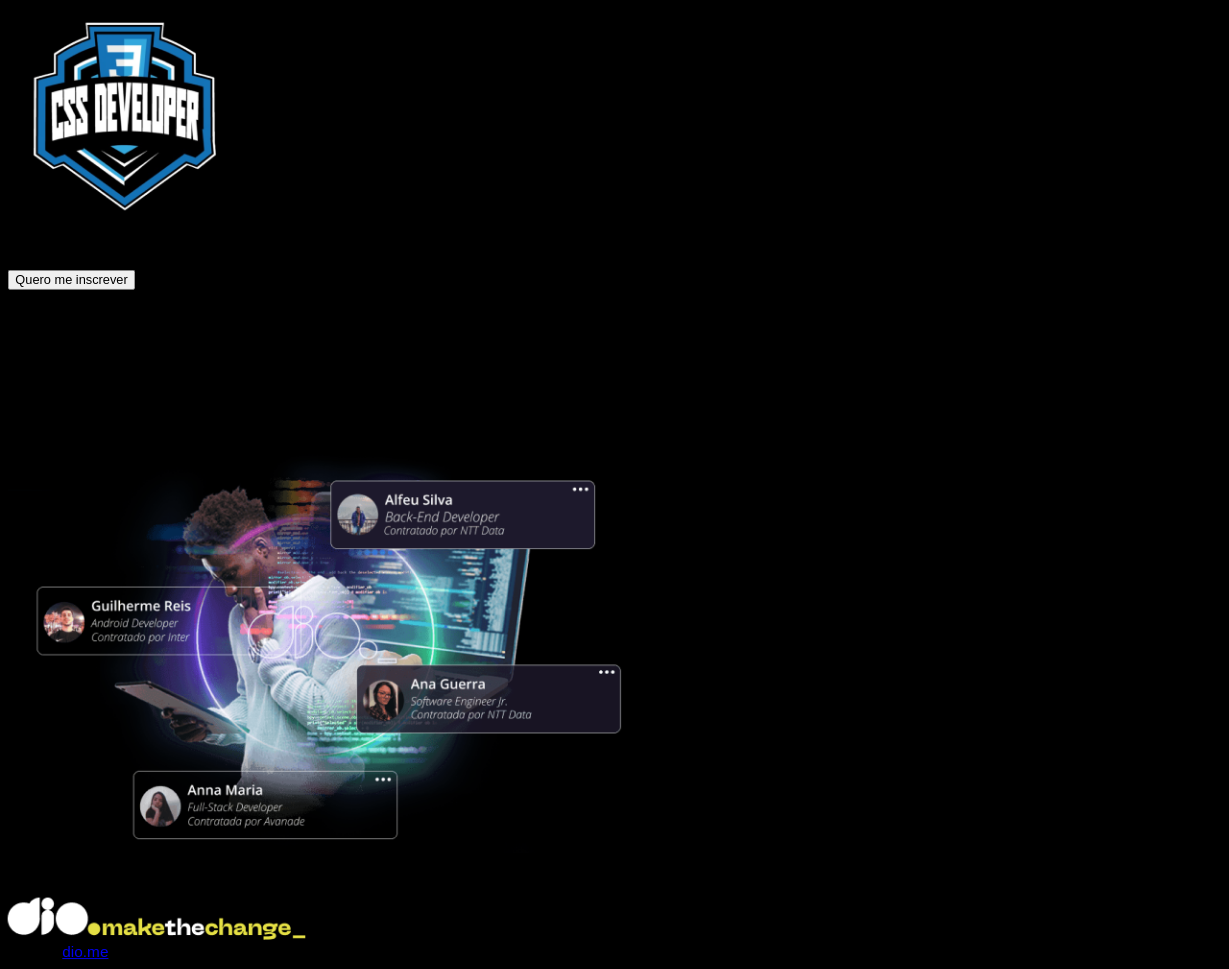
Repository: Zoemateus324/landing-page
Page: index.html
The author's editor kept a copy of each file at every save. The page is drawn from the files as they stood at one save, then again after the next save.
The browser window is 1280 px wide. The pictures show the whole page, at 96% of full size.

Above is the page before, as saved 2024-11-23 10:23:33.

After the next save:
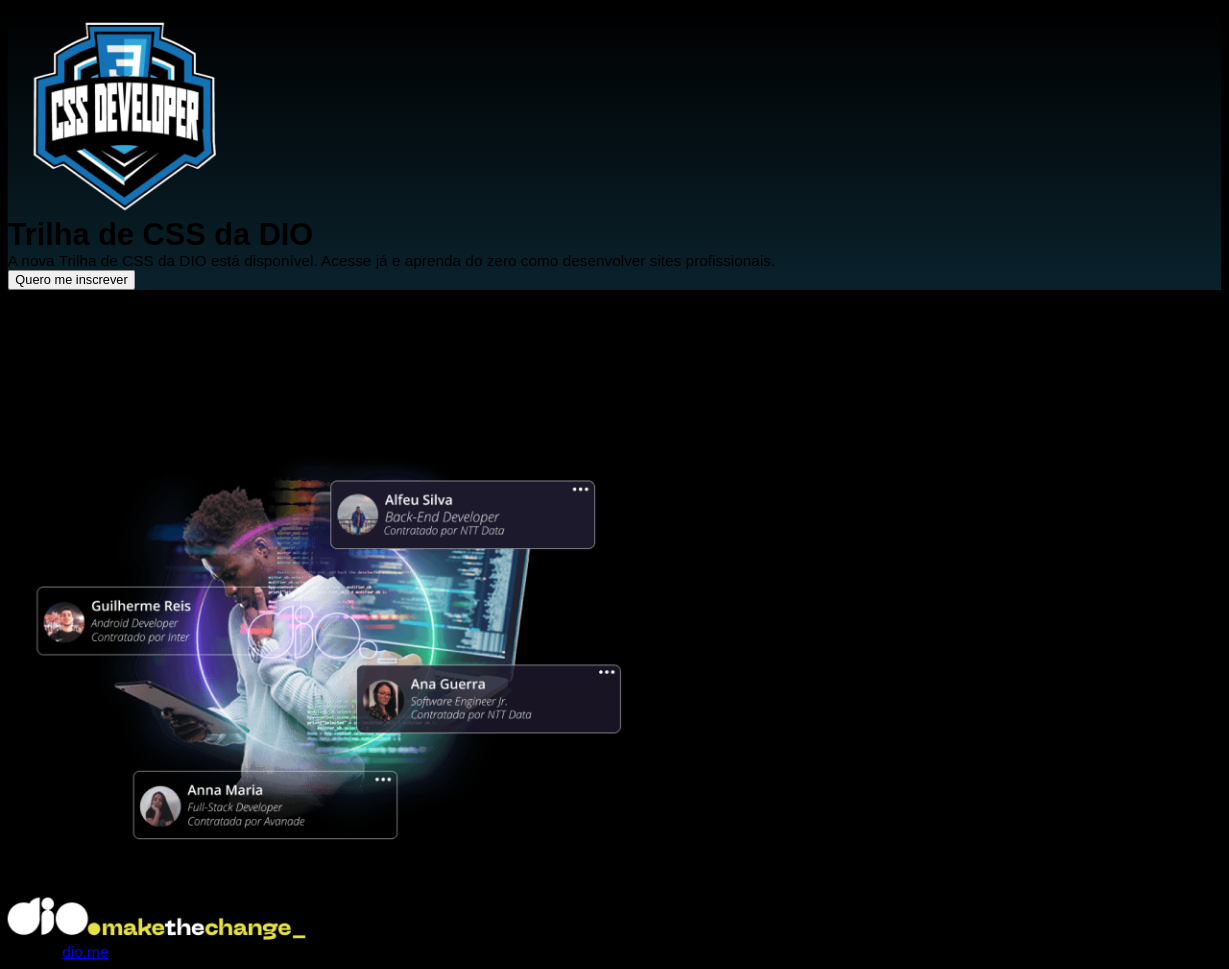
Saved 94 s later.
--- a/assets/styles.css
+++ b/assets/styles.css
@@ -10,3 +10,6 @@
     display:block;
     margin:8px;
 }
+.banner{
+    background-image:linear-gradient(rgba(0,0,0,.6), rgba(49,168,221,.2))
+}
